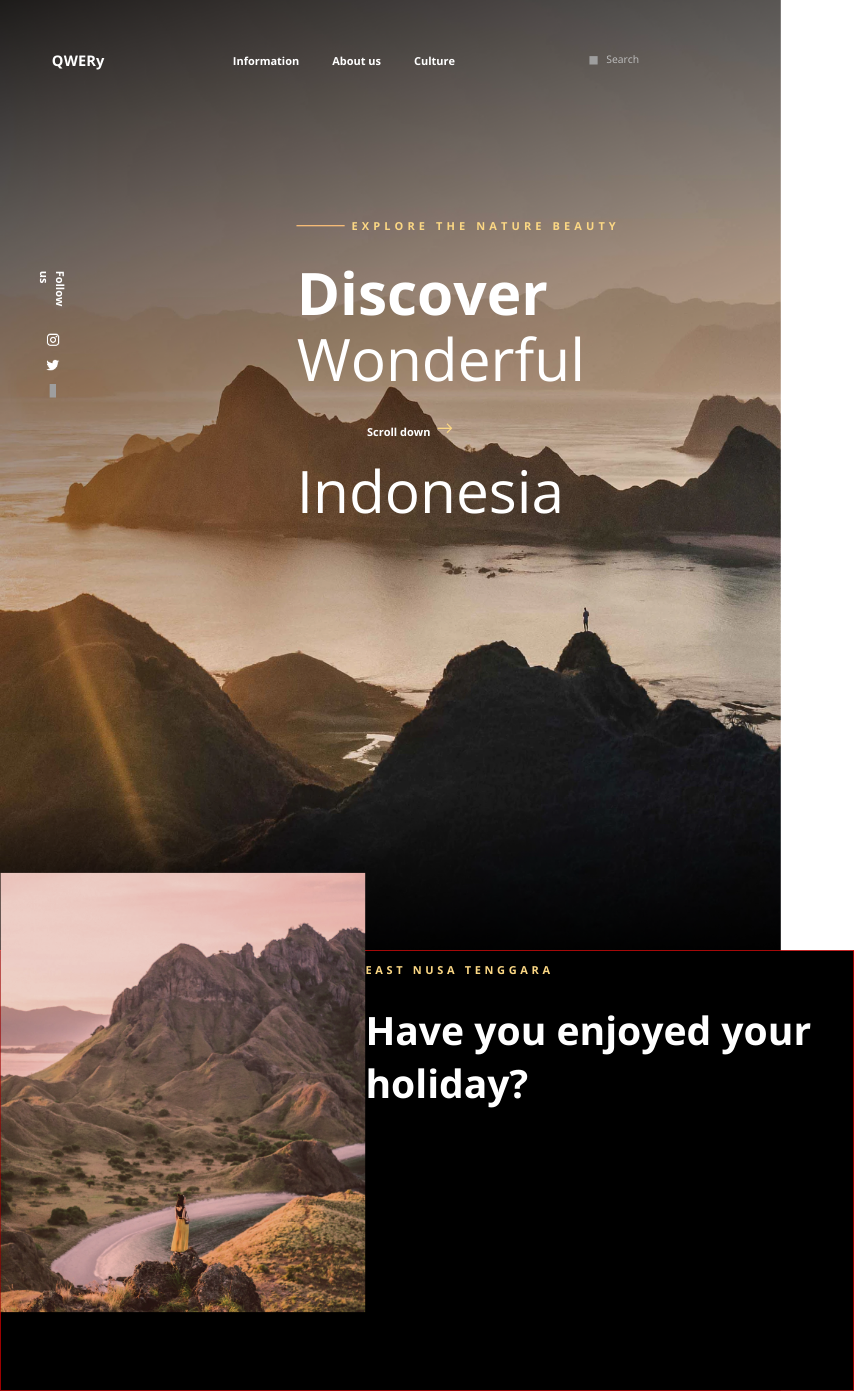
Repository: AndreyMykulych/user_home_work_Mykulych
Page: 6/index.html
The author's editor kept a copy of each file at every save. The page is drawn from the files as they stood at one save, then again after the next save.
The browser window is 1280 px wide. The page is 1400 px wide, so the pictures cover 1400 px, including what lies to the right of the window. The pictures show the whole page, at 61% of full size.
Pictures or frames that could not be fetched are drawn as grey boxes.

Above is the page before, as saved 2023-03-11 13:18:40.

After the next save:
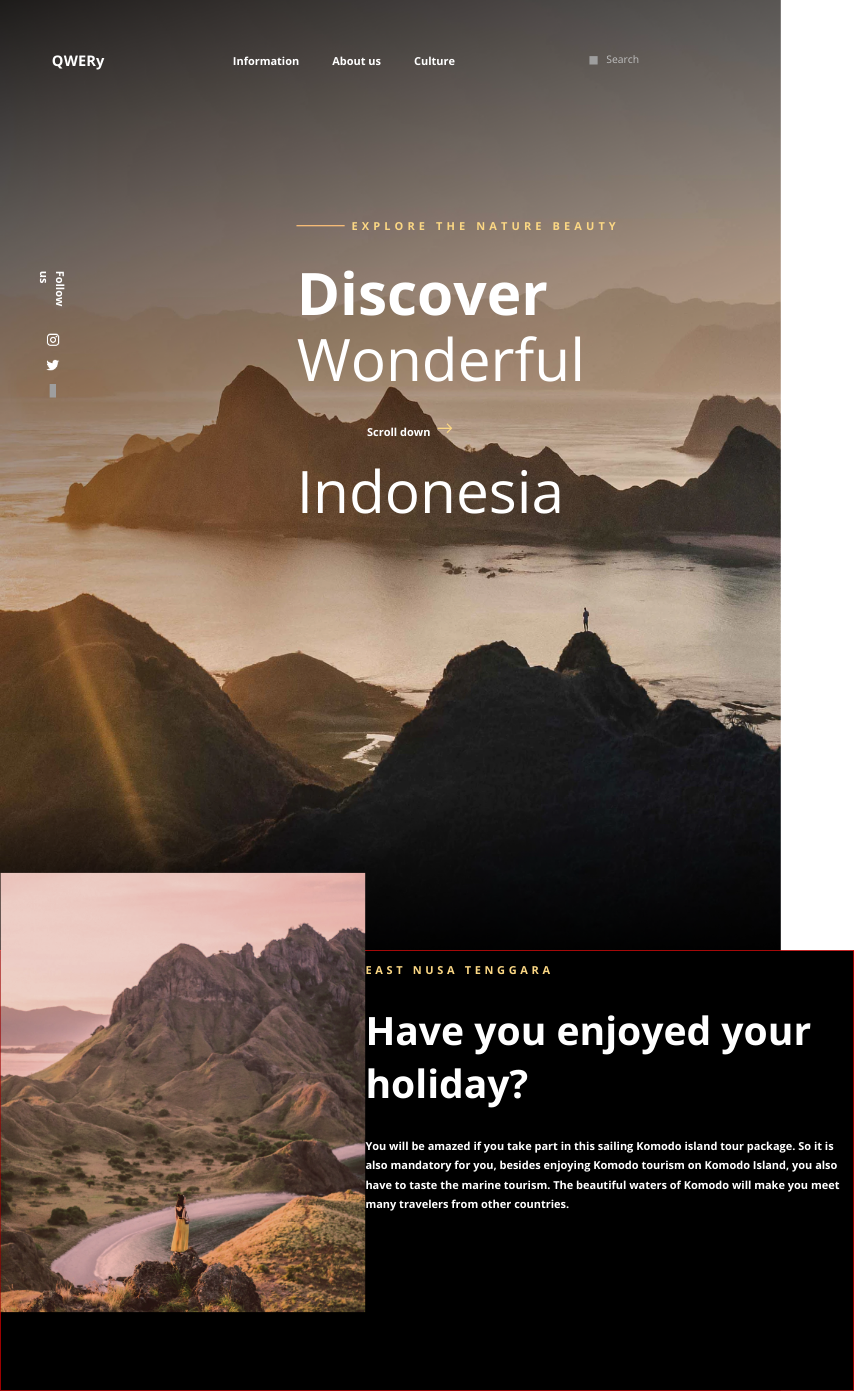
Saved 30 s later.
--- a/6/style/style.css
+++ b/6/style/style.css
@@ -187,7 +187,7 @@ font-style: normal;
 font-weight: 600;
 font-size: 1.125em;
 line-height: 1.5625em;
-color: #FFFFFF;
+color: var(--white-color);
 }
 .scroll_down p::after{
     position: absolute;
@@ -243,7 +243,7 @@ font-weight: 700;
 font-size: 64px;
 line-height: 87px;
 
-color: #FFFFFF;
+color: var(--white-color);
 }
 .information .text{
 
@@ -255,5 +255,5 @@ line-height: 32px;
 /* or 178% */
 
 
-color: var()
-}
+color: var(--white-color)
+}
